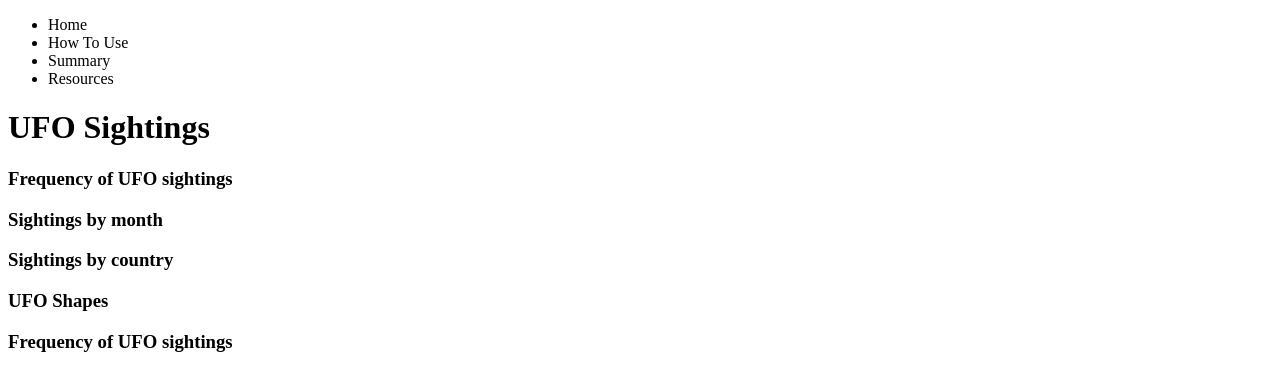
Repository: AidanJReid/Milestone-Project2
Page: index.html
The author's editor kept a record of every edit. The page is drawn from the files as they stood at one moment, then again after the next edit.
The browser window is 1280 px wide. The pictures show the whole page.
Some web libraries are served in a nearby version.

Above is the page before.

### index.html
<!DOCTYPE html>
<html lang="en">

<head>
    <meta charset="UTF-8">
    <meta name="viewport" content="width=device-width, initial-scale=1.0">
    <meta http-equiv="X-UA-Compatible" content="ie=edge">
    <script src="https://code.jquery.com/jquery-3.4.1.js" integrity="sha256-WpOohJOqMqqyKL9FccASB9O0KwACQJpFTUBLTYOVvVU=" crossorigin="anonymous"></script>


    <link rel="stylesheet" href="https://cdnjs.cloudflare.com/ajax/libs/dc/2.1.8/dc.css" type="text/css /">

    <script type="text/javascript" src="https://cdnjs.cloudflare.com/ajax/libs/d3/5.12.0/d3.min.js"></script>
    <script type="text/javascript" src="https://cdnjs.cloudflare.com/ajax/libs/crossfilter/1.3.12/crossfilter.min.js"></script>
    <script type="text/javascript" src="https://cdnjs.cloudflare.com/ajax/libs/dc/2.1.8/dc.js"></script>

    <link rel="stylesheet" href="css/style.css" type="text/css" />
    <title>UFO Data</title>
</head>

<body>
    <div id="container">
        <nav id="navbar">
            <ul>
                <li id="logo" href="">Home</li>
                <li id="menu1" href="">How To Use</li>
                <li id="menu2" href="">Summary</li>
                <li id="menu3" href="">Resources</li>
            </ul>
        </nav>

        <h1>UFO Sightings</h1>

        <div>
            <h3>Frequency of UFO sightings</h3>
            <div id="data1"></div>
        </div>
        <div>
            <h3>Sightings by month</h3>
            <div id="data1"></div>
        </div>
        <div>
            <h3>Sightings by country</h3>
            <div id="data1"></div>
        </div>
        <div>
            <h3>UFO Shapes</h3>
            <div id="data1"></div>
        </div>
        <div>
            <h3>Frequency of UFO sightings</h3>
            <div id="data1"></div>
        </div>
    </div>
</body>

</html>

### css/style.css
/*Navbar*/

After the next edit:
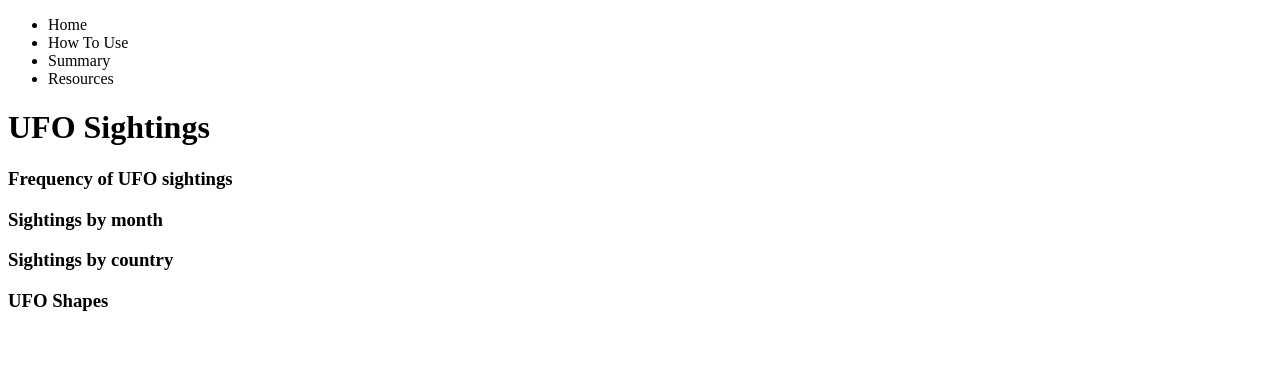
The edit:
--- a/index.html
+++ b/index.html
@@ -45,11 +45,7 @@
         </div>
         <div>
             <h3>UFO Shapes</h3>
-            <div id="data1"></div>
-        </div>
-        <div>
-            <h3>Frequency of UFO sightings</h3>
-            <div id="data1"></div>
+            <div id="data4"></div>
         </div>
     </div>
 </body>
